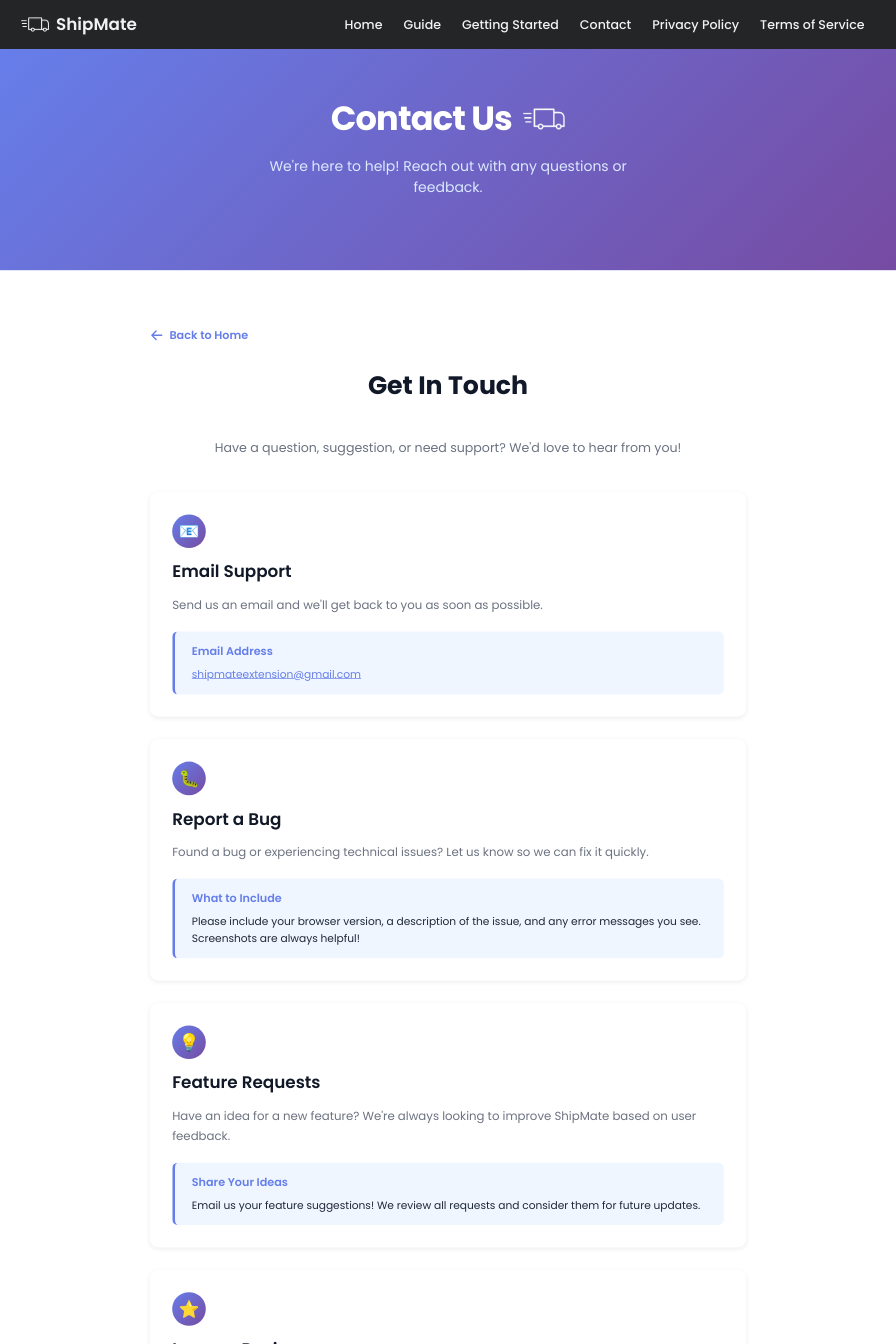
Repository: epeguero8311/shipmate-website
Page: contact.html
An editor plug-in stored every save of this project. The page is shown before and after the next save, followed by the edit.
The browser window is 1280 px wide. The pictures show the part of the page from y = 0 to 1920 px (the page is 2755 px tall), at 70% of full size.

Above is the page before, as saved 2025-12-13 15:31:03.

### contact.html
<!DOCTYPE html>
<html lang="en">
<head>
  <meta charset="UTF-8" />
  <meta name="viewport" content="width=device-width, initial-scale=1.0" />
  <title>Contact Us - ShipMate</title>
  <meta name="description" content="Get in touch with the ShipMate team for support and inquiries." />
  <link rel="icon" href="assets/icons/icon.png" type="image/png" />
  <link href="https://fonts.googleapis.com/css2?family=Poppins:wght@200;300;400;500;600;700&display=swap" rel="stylesheet">
  <link rel="stylesheet" href="https://cdnjs.cloudflare.com/ajax/libs/font-awesome/5.15.3/css/all.min.css"/>
  <link rel="stylesheet" href="styles/styles.css" />
  <link rel="stylesheet" href="styles/help.css" />
</head>
<body>

  <!-- NAVIGATION -->
  <nav>
    <div class="wrapper">
      <div class="logo">
        <a href="index.html">
          <img src="assets/icons/icon.png" alt="ShipMate Logo" class="nav-logo-img" />
          ShipMate
        </a>
      </div>
      <input type="radio" name="slider" id="menu-btn">
      <input type="radio" name="slider" id="close-btn">
      <ul class="nav-links">
        <label for="close-btn" class="btn close-btn"><i class="fas fa-times"></i></label>
        <li><a href="index.html">Home</a></li>
        <li><a href="gmail-package-tracker.html">Guide</a></li>
        <li><a href="help.html">Getting Started</a></li>
        <li><a href="contact.html">Contact</a></li>
        <li><a href="privacy.html">Privacy Policy</a></li>
        <li><a href="terms.html">Terms of Service</a></li>
      </ul>
      <label for="menu-btn" class="btn menu-btn"><i class="fas fa-bars"></i></label>
    </div>
  </nav>

  <!-- HEADER -->
  <header class="header">
    <div class="header-container">
      <div class="header-logo-title">
        <h1 class="header-title">Contact Us</h1>
        <img src="assets/icons/icon.png" alt="ShipMate Logo" class="header-logo" />
      </div>
      <p class="header-subtitle">We're here to help! Reach out with any questions or feedback.</p>
    </div>
  </header>

  <!-- CONTACT CONTENT -->
  <section class="section">
    <div class="help-container">

      <a href="index.html" class="back-link">
        <svg width="20" height="20" viewBox="0 0 20 20" fill="currentColor">
          <path fill-rule="evenodd" d="M9.707 16.707a1 1 0 01-1.414 0l-6-6a1 1 0 010-1.414l6-6a1 1 0 011.414 1.414L5.414 9H17a1 1 0 110 2H5.414l4.293 4.293a1 1 0 010 1.414z" clip-rule="evenodd"/>
        </svg>
        Back to Home
      </a>

      <div class="help-header">
        <h2 class="section-title">Get In Touch</h2>
        <p class="help-intro">
          Have a question, suggestion, or need support? We'd love to hear from you!
        </p>
      </div>

      <!-- Contact Methods -->
      <div class="help-step fade-in">
        <div class="step-number">📧</div>
        <h3 class="step-title">Email Support</h3>
        <p class="step-description">
          Send us an email and we'll get back to you as soon as possible.
        </p>
        <div class="tip-box">
          <div class="tip-title">Email Address</div>
          <p class="tip-text">
            <a href="mailto:shipmateextension@gmail.com" style="color: #667eea; text-decoration: underline;">shipmateextension@gmail.com</a>
          </p>
        </div>
      </div>

      <div class="help-step fade-in">
        <div class="step-number">🐛</div>
        <h3 class="step-title">Report a Bug</h3>
        <p class="step-description">
          Found a bug or experiencing technical issues? Let us know so we can fix it quickly.
        </p>
        <div class="tip-box">
          <div class="tip-title">What to Include</div>
          <p class="tip-text">
            Please include your browser version, a description of the issue, and any error messages you see. Screenshots are always helpful!
          </p>
        </div>
      </div>

      <div class="help-step fade-in">
        <div class="step-number">💡</div>
        <h3 class="step-title">Feature Requests</h3>
        <p class="step-description">
          Have an idea for a new feature? We're always looking to improve ShipMate based on user feedback.
        </p>
        <div class="tip-box">
          <div class="tip-title">Share Your Ideas</div>
          <p class="tip-text">
            Email us your feature suggestions! We review all requests and consider them for future updates.
          </p>
        </div>
      </div>

      <div class="help-step fade-in">
        <div class="step-number">⭐</div>
        <h3 class="step-title">Leave a Review</h3>
        <p class="step-description">
          Love ShipMate? Consider leaving us a review on the Chrome Web Store. Your feedback helps us grow!
        </p>
        <div class="tip-box">
          <div class="tip-title">Review on Chrome Web Store</div>
          <p class="tip-text">
            <a href="https://chromewebstore.google.com/detail/shipmate-delivery-tracker/hbnidnckiggpllldjpolkijioglgdcma" target="_blank" style="color: #667eea; text-decoration: underline;">Write a Review</a>
          </p>
        </div>
      </div>

    </div>
  </section>

  <!-- QUICK LINKS -->
  <section class="section-alt">
    <div class="section-container help-support">
      <h2 class="section-title">Helpful Resources</h2>
      <p class="section-subtitle">
        Check out these resources for quick answers to common questions.
      </p>
      <div class="header-buttons">
        <a href="help.html" class="btn btn-primary">Getting Started Guide</a>
        <a href="privacy.html" class="btn2 btn2-primary">Privacy Policy</a>
        <a href="terms.html" class="btn2 btn2-primary">Terms of Service</a>
      </div>
    </div>
  </section>

  <!-- FOOTER -->
  <footer class="footer">
    <div class="footer-container">
      <p>
        &copy; 2025 ShipMate. All rights reserved. |
        <a href="terms.html" class="link">Terms</a> |
        <a href="privacy.html" class="link">Privacy</a> |
        <a href="help.html" class="link">Help</a> |
        Contact: shipmateextension@gmail.com
      </p>
    </div>
  </footer>

  <!-- Theme Detection Script -->
  <script src="theme-handler.js"></script>

</body>
</html>

### styles/styles.css
@import url('https://fonts.googleapis.com/css2?family=Poppins:wght@200;300;400;500;600;700&display=swap');

* {
  margin: 0;
  padding: 0;
  box-sizing: border-box;
}

html {
  scroll-behavior: smooth;
  -ms-overflow-style: none;
  scrollbar-width: none;
}

html::-webkit-scrollbar { display: none; }

body {
  background: linear-gradient(135deg, #667eea 0%, #764ba2 100%);
  margin: 0;
  font-family: 'Poppins', sans-serif;
  -webkit-font-smoothing: antialiased;
  color: #333;
  padding-top: 70px;
}

nav{
  position: fixed;
  z-index: 99;
  width: 100%;
  top: 0;
  background: #242526;
}
nav .wrapper{
  position: relative;
  max-width: 1300px;
  padding: 0px 30px;
  height: 70px;
  line-height: 70px;
  margin: auto;
  display: flex;
  align-items: center;
  justify-content: space-between;
}
.wrapper .logo a{
  color: #f2f2f2;
  font-size: 24px;
  font-weight: 600;
  text-decoration: none;
  display: flex;
  align-items: center;
  gap: 10px;
}
.nav-logo-img{
  width: 40px;
  height: 40px;
  border-radius: 8px;
}
.wrapper .nav-links{
  display: inline-flex;
}
.nav-links li{
  list-style: none;
}
.nav-links li a{
  color: #f2f2f2;
  text-decoration: none;
  font-size: 18px;
  font-weight: 500;
  padding: 9px 15px;
  border-radius: 5px;
  transition: all 0.3s ease;
}
.nav-links li a:hover{
  background: #3A3B3C;
}
.nav-links .mobile-item{
  display: none;
}
.wrapper .btn{
  color: #fff;
  font-size: 20px;
  cursor: pointer;
  display: none;
}
.wrapper .btn.close-btn{
  position: absolute;
  right: 30px;
  top: 10px;
}

@media screen and (max-width: 970px) {
  .wrapper .btn{
    display: block;
  }
  .wrapper .nav-links{
    position: fixed;
    height: 100vh;
    width: 100%;
    max-width: 350px;
    top: 0;
    left: -100%;
    background: #242526;
    display: block;
    padding: 50px 10px;
    line-height: 50px;
    overflow-y: auto;
    box-shadow: 0px 15px 15px rgba(0,0,0,0.18);
    transition: all 0.3s ease;
  }
  ::-webkit-scrollbar {
    width: 10px;
  }
  ::-webkit-scrollbar-track {
    background: #242526;
  }
  ::-webkit-scrollbar-thumb {
    background: #3A3B3C;
  }
  #menu-btn:checked ~ .nav-links{
    left: 0%;
  }
  #menu-btn:checked ~ .btn.menu-btn{
    display: none;
  }
  #close-btn:checked ~ .btn.menu-btn{
    display: block;
  }
  .nav-links li{
    margin: 15px 10px;
  }
  .nav-links li a{
    padding: 0 20px;
    display: block;
    font-size: 20px;
  }
  .nav-links .desktop-item{
    display: none;
  }
  .nav-links .mobile-item{
    display: block;
    color: #f2f2f2;
    font-size: 20px;
    font-weight: 500;
    padding-left: 20px;
    cursor: pointer;
    border-radius: 5px;
    transition: all 0.3s ease;
  }
  .nav-links .mobile-item:hover{
    background: #3A3B3C;
  }
}
nav input{
  display: none;
}

.header {
  background: linear-gradient(135deg, #667eea 0%, #764ba2 100%);
  color: white;
  padding: 4rem 0;
  text-align: center;
}

.header-container {
  max-width: 100%;
  padding: 0 1rem;
  padding-bottom: 2.5rem;
}

.header-logo-title {
  display: flex;
  align-items: center;
  justify-content: center;
  gap: 1rem;
  flex-wrap: wrap;
}

.header-logo {
  width: 60px;
  height: 60px;
  border-radius: 12px;
}

.header-title {
  font-size: 2.25rem;
  font-weight: 800;
  letter-spacing: -0.025em;
  animation: fadeIn 1s forwards;
}

@media (min-width: 768px) {
  .header-title { font-size: 3rem; }
}

.header-subtitle {
  margin-top: 1rem;
  font-size: 1.125rem;
  color: #DBEAFE;
  max-width: 32rem;
  margin-left: auto;
  margin-right: auto;
}

@media (min-width: 768px) {
  .header-subtitle { font-size: 1.25rem; }
}

.header-buttons {
  display: flex;
  gap: 12px;
  justify-content: center;
  align-items: center;
  flex-wrap: wrap;
  margin-top: 20px;
}

.btn {
  display: inline-block;
  font-weight: 600;
  padding: 0.75rem 2rem;
  border-radius: 9999px;
  text-decoration: none;
  transition: all 0.3s ease;
  font-size: 1rem;
}

.btn-primary {
  background-color: white;
  color: #2563EB;
}

.btn-primary:hover {
  transform: scale(1.05);
  background-color: #EFF6FF;
  box-shadow: 0 4px 12px rgba(37, 99, 235, 0.2);
}

.btn-secondary {
  background: transparent;
  color: #ffffff;
  border: 2px solid #ececec;
  padding: 0.75rem 2rem;
  border-radius: 9999px;
  font-weight: 600;
  font-size: 1rem;
  text-decoration: none;
}

.btn-secondary:hover {
  background: #667eea;
  color: white;
  transform: translateY(-2px);
  box-shadow: 0 4px 12px rgba(102, 126, 234, 0.3);
}

.btn2 {
  display: inline-block;
  font-weight: 600;
  padding: 0.85rem 2.2rem;
  border-radius: 9999px;
  text-decoration: none;
  transition: all 0.3s ease;
  font-size: 1rem;
  border: 2.5px solid transparent;
}

.btn2-primary {
  background: white;
  color: #0051ff;
  border: 2.5px solid #0051ff;
  box-shadow: 0 2px 8px rgba(0, 81, 255, 0.15);
}

.btn2-primary:hover {
  background: #f0f5ff;
  border-color: #0044cc;
  transform: translateY(-2px) scale(1.03);
  box-shadow: 0 6px 16px rgba(0, 81, 255, 0.25);
}

.section, .section-alt, .cta {
  padding: 5rem 0;
}

.section { background-color: white; }
.section-alt { background-color: #F9FAFB; }

.section-container, .cta-container {
  max-width: 100%;
  padding: 0 1rem;
  margin: 0 auto;
}

.section-title {
  font-size: 1.875rem;
  font-weight: 700;
  color: #111827;
  text-align: center;
  margin-bottom: 3rem;
  animation: fadeIn 1s forwards;
}

@media (min-width: 768px) {
  .section-title { font-size: 2.25rem; }
}

.section-subtitle {
  text-align: center;
  color: #6B7280;
  margin-bottom: 3rem;
  max-width: 48rem;
  margin-left: auto;
  margin-right: auto;
  font-size: 1.125rem;
}

.grid {
  display: grid;
  gap: 2rem;
  padding: 0 1rem;
}

@media (min-width: 768px) {
  .grid { grid-template-columns: repeat(3, 1fr); }
}

.grid-screenshots {
  display: grid;
  gap: 2rem;
  padding: 0 1rem;
}

@media (min-width: 768px) {
  .grid-screenshots { grid-template-columns: repeat(3, 1fr); }
}

@media (max-width: 767px) {
  .grid-screenshots { grid-template-columns: 1fr; }
}

.card {
  text-align: center;
  padding: 1.5rem;
  background-color: #F9FAFB;
  border-radius: 0.5rem;
  box-shadow: 0 1px 3px rgba(0, 0, 0, 0.1);
  transition: transform 0.3s ease;
}

.card:hover { transform: scale(1.05); }

.card-title {
  font-size: 1.25rem;
  font-weight: 600;
  color: #1F2937;
  margin: 1rem 0 0.5rem;
}

.card-text { color: #6B7280; }

.screenshot-img {
  width: 300px;
  height: auto;
  border-radius: 0.5rem;
  margin-bottom: 1rem;
  border: 3px solid transparent;
  padding: 4px;
  box-sizing: border-box;
}
.table-wrapper {
  overflow-x: auto;
  padding: 0 1rem;
  margin: 2rem 0;
}

.table {
  width: 100%;
  max-width: 64rem;
  margin: 0 auto;
  background-color: white;
  border-radius: 0.5rem;
  box-shadow: 0 1px 3px rgba(0, 0, 0, 0.1);
  border-collapse: collapse;
}

.table-header {
  background: linear-gradient(135deg, #667eea 0%, #764ba2 100%);
  color: white;
}

.table th, .table td {
  padding: 1.2rem 1.5rem;
  text-align: center;
  font-size: 0.925rem;
  font-weight: 500;
}

.table th { text-align: left; }

.table tbody tr:nth-child(even) {
  background-color: #f9fafc;
}

.table tbody tr:hover {
  background-color: #f1f5f9;
}
.cta {
  background: linear-gradient(135deg, #667eea 0%, #764ba2 100%);
  color: white;
  text-align: center;
}

.cta .section-title { color: white; }
.cta .section-subtitle { color: #DBEAFE; }

.footer {
  background-color: #111827;
  color: white;
  text-align: center;
  padding: 2rem 1rem;
  font-size: 0.9rem;
}

.footer-container { max-width: 100%; padding: 0 1rem; }

.link {
  color: #D1D5DB;
  text-decoration: underline;
}

.link:hover { color: white; }
.fade-in {
  opacity: 0;
  animation: fadeIn 1s forwards;
}

@keyframes fadeIn {
  to { opacity: 1; }
}

### styles/help.css

.help-container {
  max-width: 900px;
  margin: 0 auto;
  padding: 0 1.5rem;
}

/* Help Header */
.help-header {
  text-align: center;
  margin-bottom: 3rem;
}

.help-intro {
  font-size: 1.125rem;
  color: #6B7280;
  max-width: 700px;
  margin: 1rem auto 0;
  line-height: 1.6;
}

/* Back Link */
.back-link {
  display: inline-flex;
  align-items: center;
  color: #667eea;
  text-decoration: none;
  font-weight: 600;
  margin-bottom: 2rem;
  transition: color 0.3s ease;
}

.back-link:hover {
  color: #764ba2;
}

.back-link svg {
  margin-right: 0.5rem;
}

/* Help Steps */
.help-step {
  background: white;
  border-radius: 12px;
  padding: 2rem;
  margin-bottom: 2rem;
  box-shadow: 0 2px 8px rgba(0, 0, 0, 0.08);
  transition: transform 0.3s ease, box-shadow 0.3s ease;
}

.help-step:hover {
  transform: translateY(-4px);
  box-shadow: 0 4px 16px rgba(102, 126, 234, 0.15);
}

/* Step Number */
.step-number {
  display: inline-flex;
  align-items: center;
  justify-content: center;
  width: 48px;
  height: 48px;
  background: linear-gradient(135deg, #667eea 0%, #764ba2 100%);
  color: white;
  border-radius: 50%;
  font-size: 1.5rem;
  font-weight: 700;
  margin-bottom: 1rem;
}

/* Step Content */
.step-title {
  font-size: 1.5rem;
  font-weight: 600;
  color: #111827;
  margin-bottom: 1rem;
}

.step-description {
  color: #6B7280;
  font-size: 1.05rem;
  line-height: 1.7;
  margin-bottom: 1.5rem;
}

/* Step Images */
.step-image {
  width: 100%;
  max-width: 600px;
  height: auto;
  border-radius: 8px;
  border: 2px solid #E5E7EB;
  margin-top: 1rem;
  display: block;
}

/* Tip Box */
.tip-box {
  background: #EFF6FF;
  border-left: 4px solid #667eea;
  padding: 1rem 1.5rem;
  border-radius: 8px;
  margin-top: 1.5rem;
}

.tip-title {
  font-weight: 600;
  color: #667eea;
  margin-bottom: 0.5rem;
}

.tip-text {
  color: #1F2937;
  font-size: 0.95rem;
  line-height: 1.6;
}

/* Help Support Section */
.help-support {
  text-align: center;
}

/* ========================================
   RESPONSIVE DESIGN
   ======================================== */

/* Tablet and below */
@media (max-width: 768px) {
  .help-container {
    padding: 0 1rem;
  }

  .help-step {
    padding: 1.5rem;
  }

  .step-title {
    font-size: 1.25rem;
  }

  .step-description {
    font-size: 1rem;
  }

  .step-number {
    width: 40px;
    height: 40px;
    font-size: 1.25rem;
  }

  .help-intro {
    font-size: 1rem;
  }
}

/* Mobile */
@media (max-width: 480px) {
  .help-step {
    padding: 1.25rem;
  }

  .step-title {
    font-size: 1.125rem;
  }

  .step-description {
    font-size: 0.95rem;
  }

  .tip-box {
    padding: 0.875rem 1.25rem;
  }

  .tip-text {
    font-size: 0.875rem;
  }
}

### theme-handler.js
// Theme Detection and Favicon Switching for ShipMate
(function() {
  // Define icon paths
  const icons = {
    light: 'assets/icons/iconBlack.png',  // Black icon for light theme
    dark: 'assets/icons/icon.png'          // White icon for dark theme
  };

  // Function to update favicon only based on theme
  function updateFavicon(isDark) {
    const iconPath = isDark ? icons.dark : icons.light;

    // Update favicon only
    const favicon = document.querySelector('link[rel="icon"]');
    if (favicon) {
      favicon.href = iconPath;
    }
  }

  // Function to detect and apply theme
  function detectAndApplyTheme() {
    // Check if user prefers dark mode
    const prefersDark = window.matchMedia('(prefers-color-scheme: dark)').matches;
    updateFavicon(prefersDark);
  }

  // Run on page load
  detectAndApplyTheme();

  // Listen for theme changes
  const darkModeMediaQuery = window.matchMedia('(prefers-color-scheme: dark)');

  // Modern way (addEventListener)
  if (darkModeMediaQuery.addEventListener) {
    darkModeMediaQuery.addEventListener('change', (e) => {
      updateFavicon(e.matches);
    });
  }
  // Fallback for older browsers
  else if (darkModeMediaQuery.addListener) {
    darkModeMediaQuery.addListener((e) => {
      updateFavicon(e.matches);
    });
  }

  // Optional: Log current theme (for debugging)
  console.log('ShipMate Favicon Theme:', darkModeMediaQuery.matches ? 'Dark' : 'Light');
})();

After the next save:
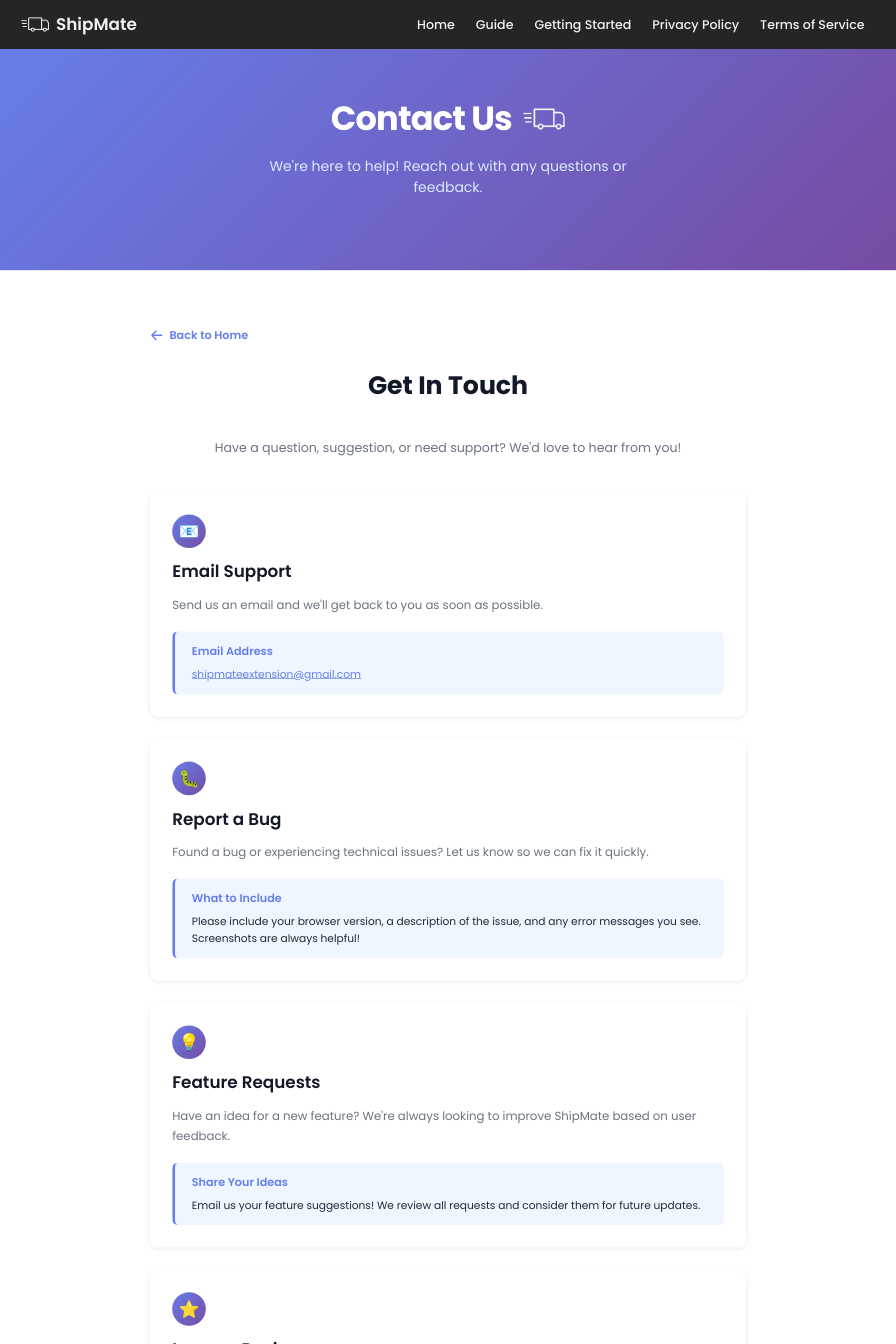
Saved 7 s later.
--- a/contact.html
+++ b/contact.html
@@ -29,7 +29,6 @@
         <li><a href="index.html">Home</a></li>
         <li><a href="gmail-package-tracker.html">Guide</a></li>
         <li><a href="help.html">Getting Started</a></li>
-        <li><a href="contact.html">Contact</a></li>
         <li><a href="privacy.html">Privacy Policy</a></li>
         <li><a href="terms.html">Terms of Service</a></li>
       </ul>

After the save that followed:
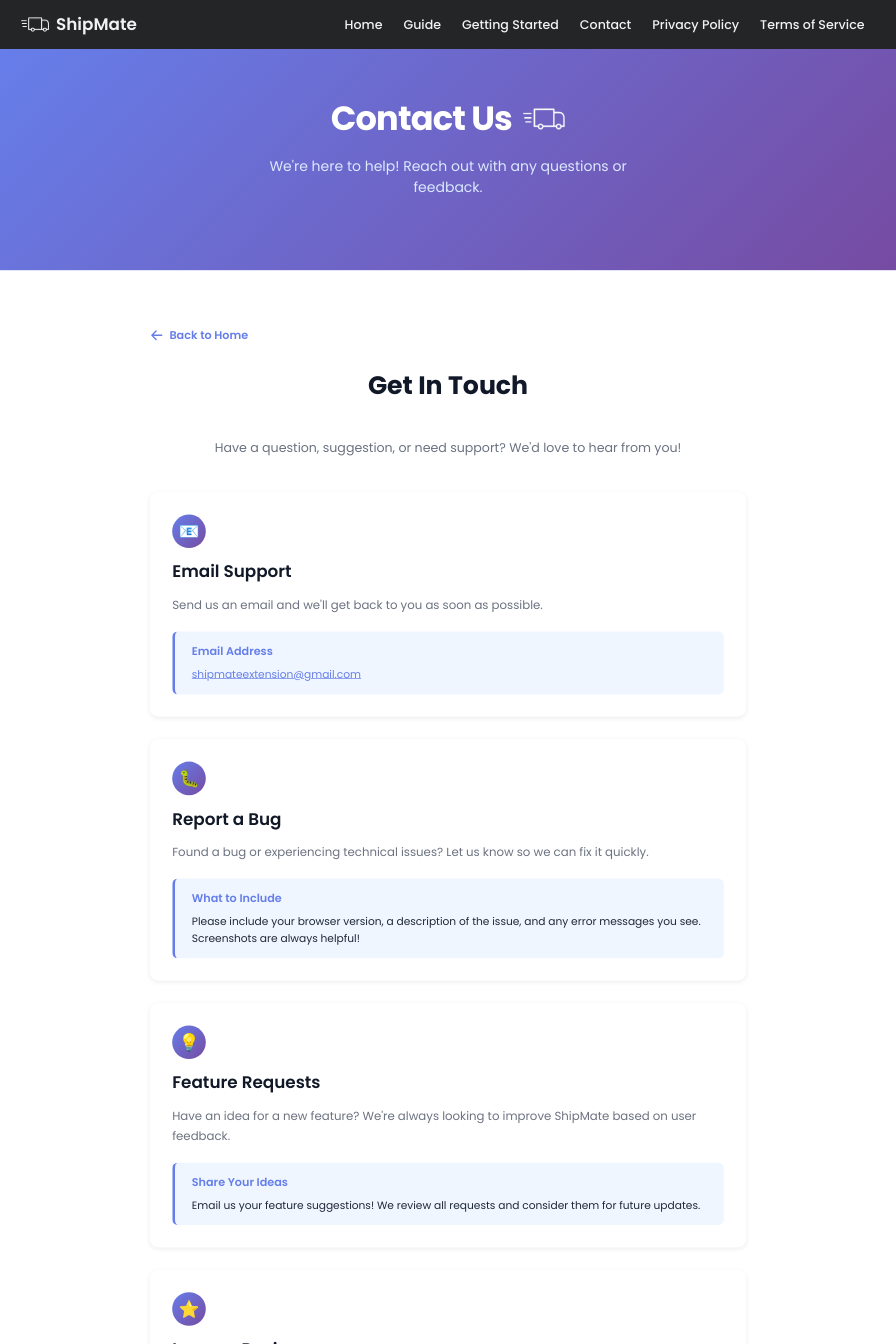
Saved 13 s later.
--- a/contact.html
+++ b/contact.html
@@ -29,6 +29,7 @@
         <li><a href="index.html">Home</a></li>
         <li><a href="gmail-package-tracker.html">Guide</a></li>
         <li><a href="help.html">Getting Started</a></li>
+        <li><a href="contact.html">Contact</a></li>
         <li><a href="privacy.html">Privacy Policy</a></li>
         <li><a href="terms.html">Terms of Service</a></li>
       </ul>
